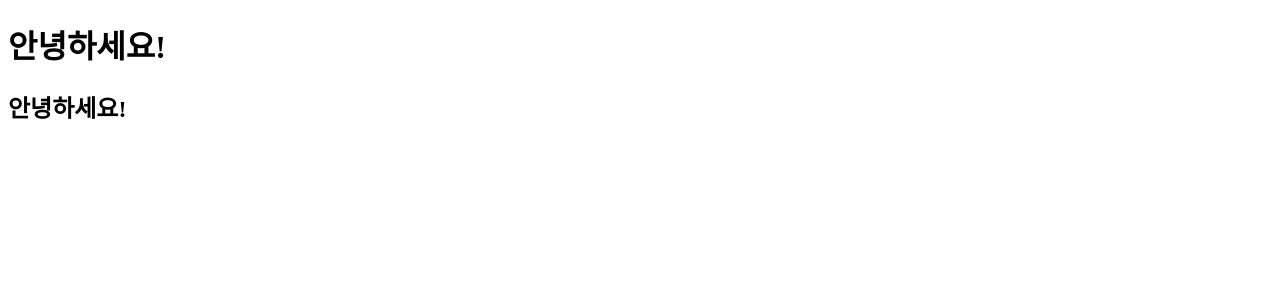
Repository: carminesteel/java
Page: 0403/ex03/WebContent/ex01.html
These files come from the project's save history. The page is drawn as it stood at one moment and after the next save; the edit follows.
The browser window is 1280 px wide. The pictures show the whole page.

Above is the page before, as saved 2020-04-03 07:36:45.

### 0403/ex03/WebContent/ex01.html
<!DOCTYPE html>
<html>
<head>
<meta charset="EUC-KR">
<title>Insert title here</title>
</head>
<body>
	<h1>안녕하세요!</h1>
	<h2>안녕하세요!</h2>
</body>
</html>

After the next save:
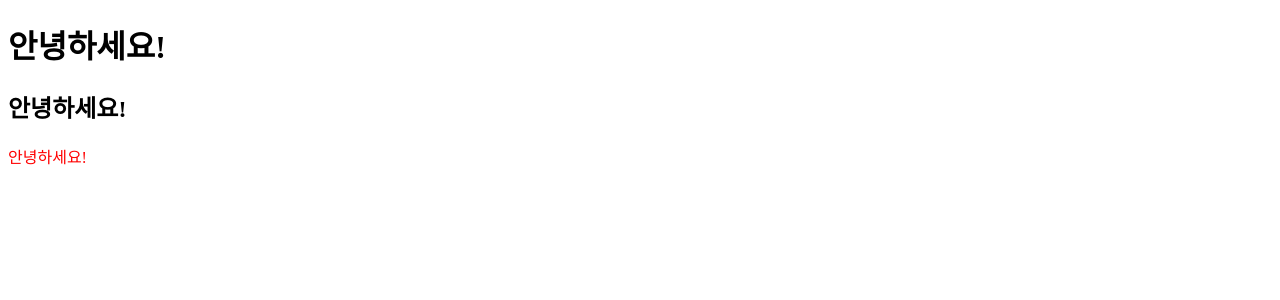
Saved 57 s later.
--- a/0403/ex03/WebContent/ex01.html
+++ b/0403/ex03/WebContent/ex01.html
@@ -7,5 +7,6 @@
 <body>
 	<h1>안녕하세요!</h1>
 	<h2>안녕하세요!</h2>
+	<font color="red">안녕하세요!</font>
 </body>
 </html>
